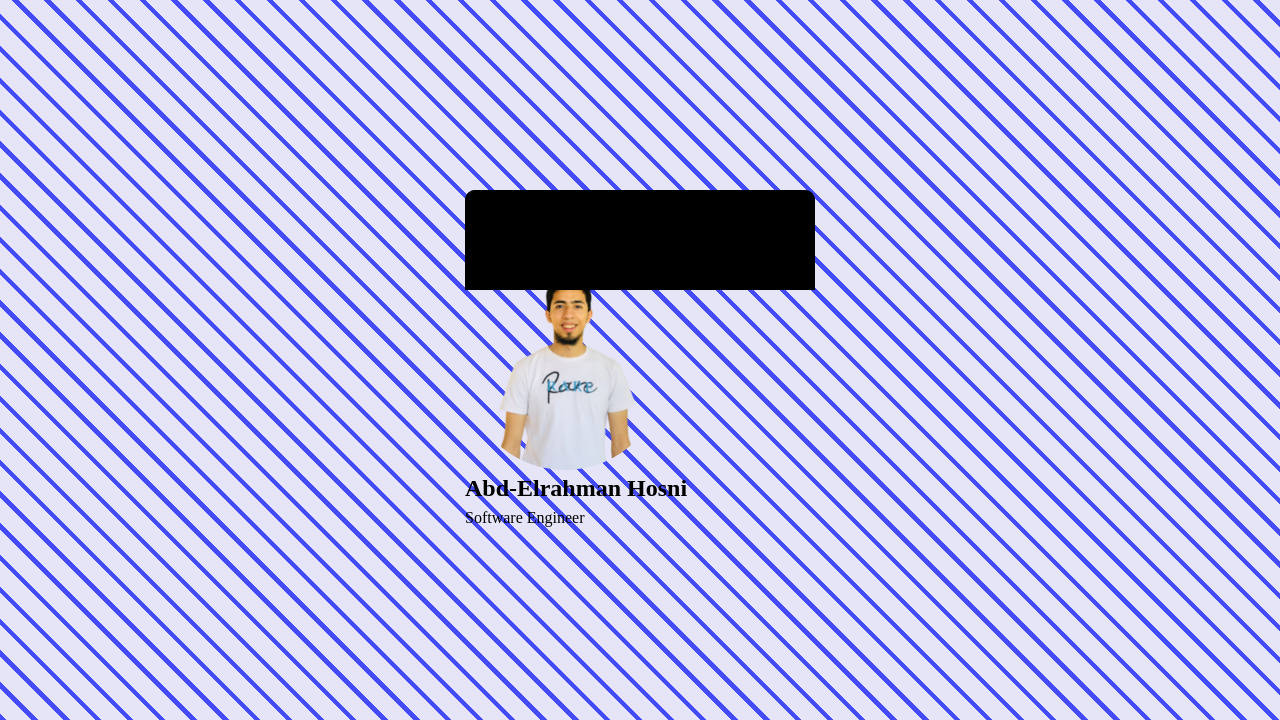
Repository: Abdo-Hosni123/Html-and-css-projects
Page: index.html
The author's editor kept a copy of each file at every save. The page is drawn from the files as they stood at one save, then again after the next save.
The browser window is 1280 px wide. The pictures show the whole page.

Above is the page before, as saved 2023-12-05 22:09:24.

After the next save:
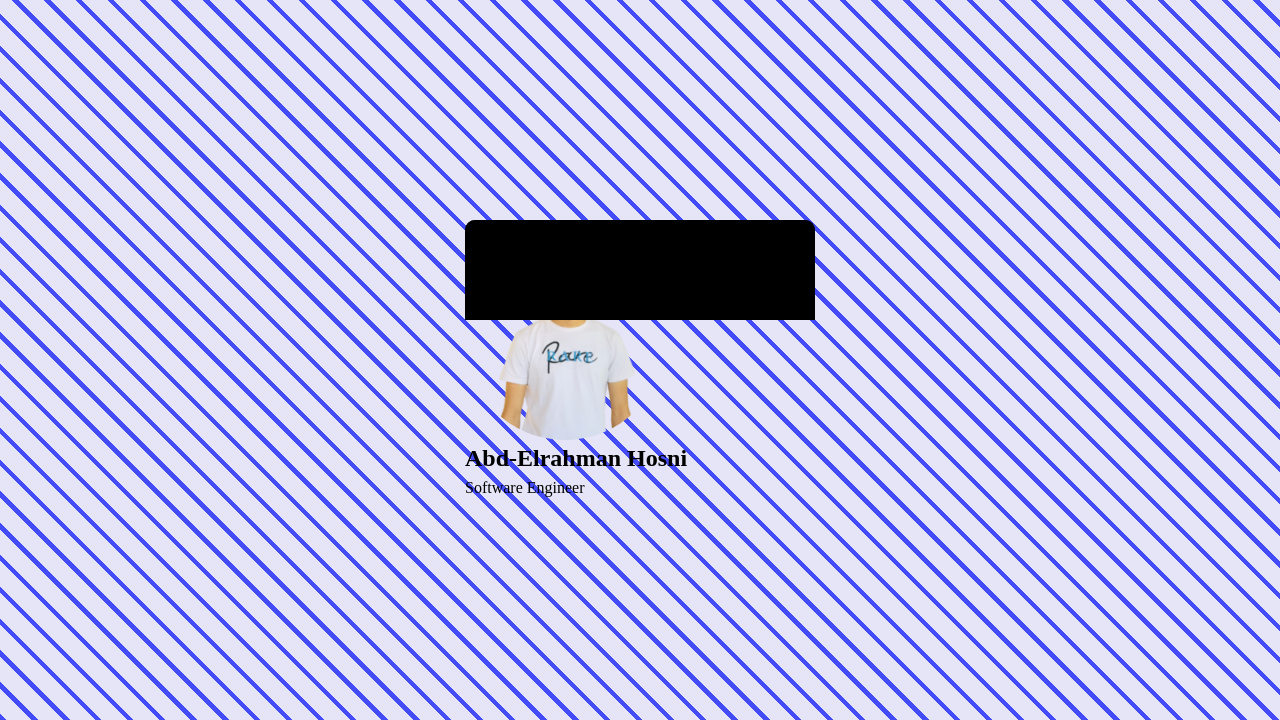
Saved 12 s later.
--- a/Style.css
+++ b/Style.css
@@ -51,7 +51,7 @@
     z-index: 2;
 }
 .card-img{
-    margin-top: -20px;
+    margin-top: -80px;
     border-radius: 50%;
     height: 200px;
 
